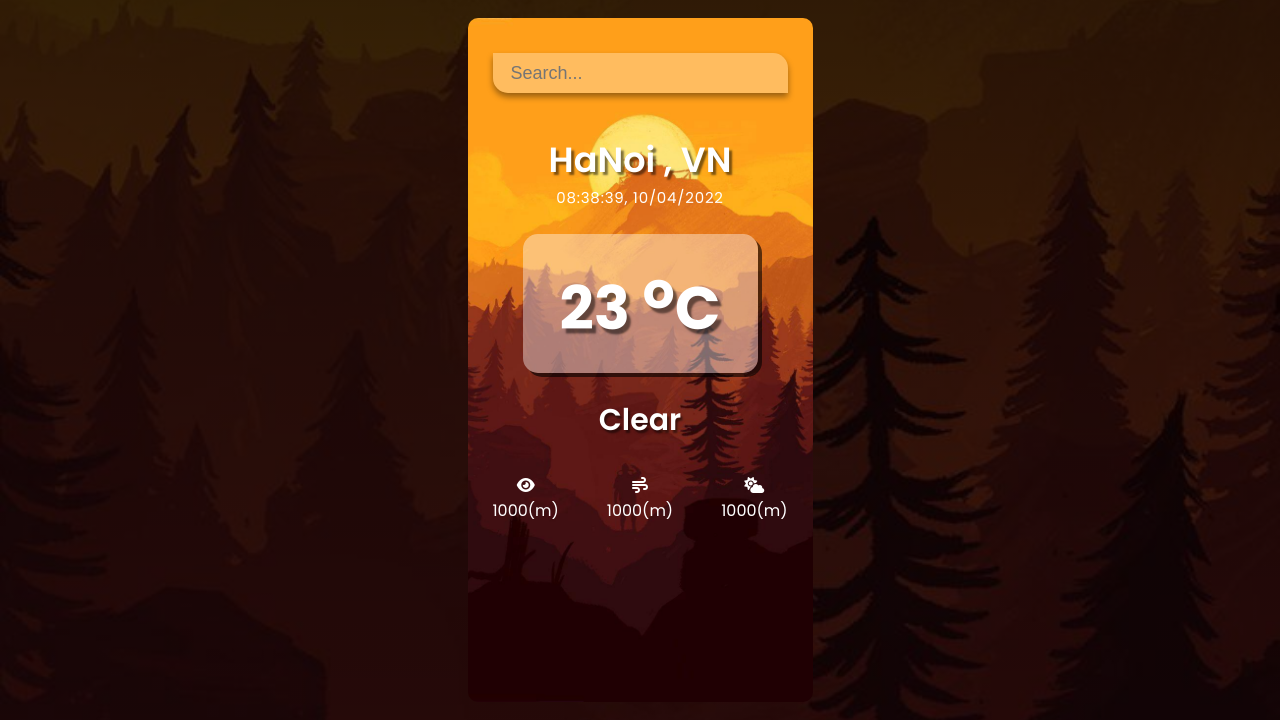
Repository: NguyenDuc-Huy/API_WEATHER
Page: index.html
These files come from the project's save history. The page is drawn as it stood at one moment and after the next save; the edit follows.
The browser window is 1280 px wide. The pictures show the whole page.
Some web libraries are served in a nearby version.

Above is the page before, as saved 2022-04-11 10:01:59.

After the next save:
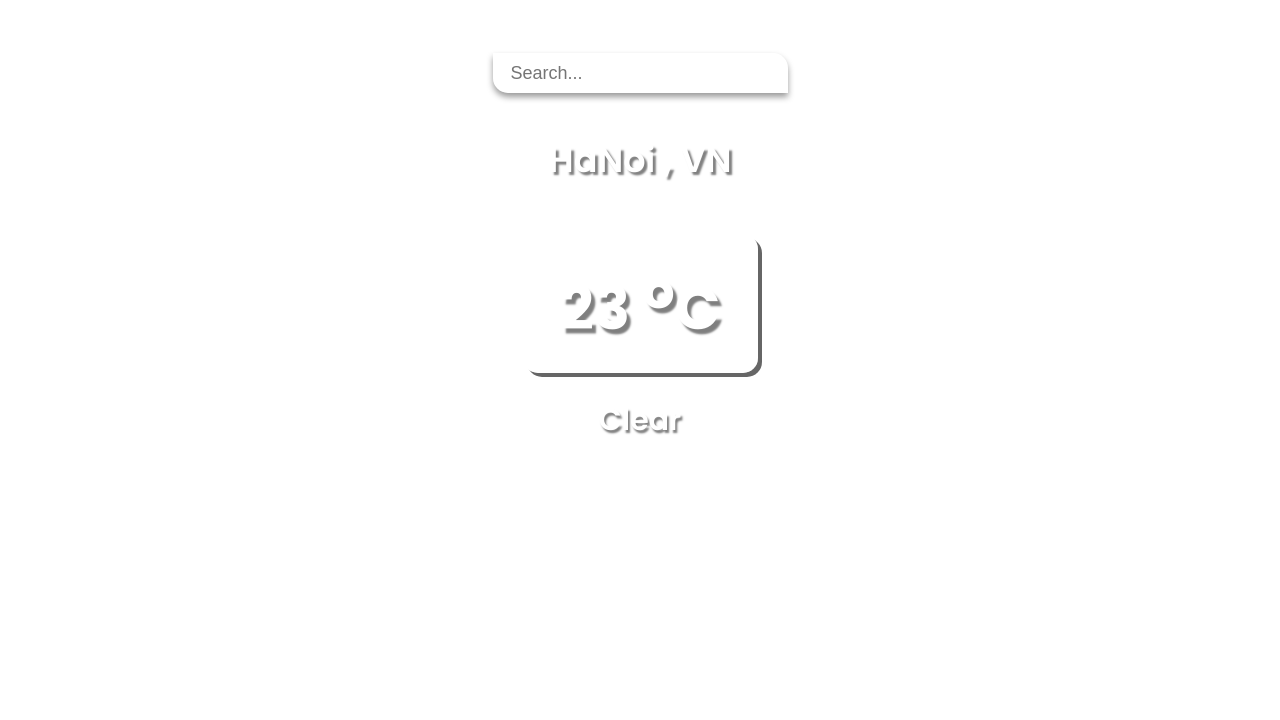
Saved 8 min 36 s later.
--- a/style.css
+++ b/style.css
@@ -10,11 +10,15 @@
   justify-content: center;
   align-items: center;
   font-family: "Poppins", sans-serif;
+}
+.hot {
   background: linear-gradient(to bottom, rgba(0, 0, 0, 0.8), rgba(0, 0, 0, 0.6)),
     url("./image/hot.png") no-repeat center/cover;
 }
+.hot #weather {
+  background: url("./image/hot.png") no-repeat center/cover;
+}
 #weather {
-  background: url("./image/hot.png") no-repeat center/cover;
   width: 345px;
   height: 95vh;
   display: flex;
